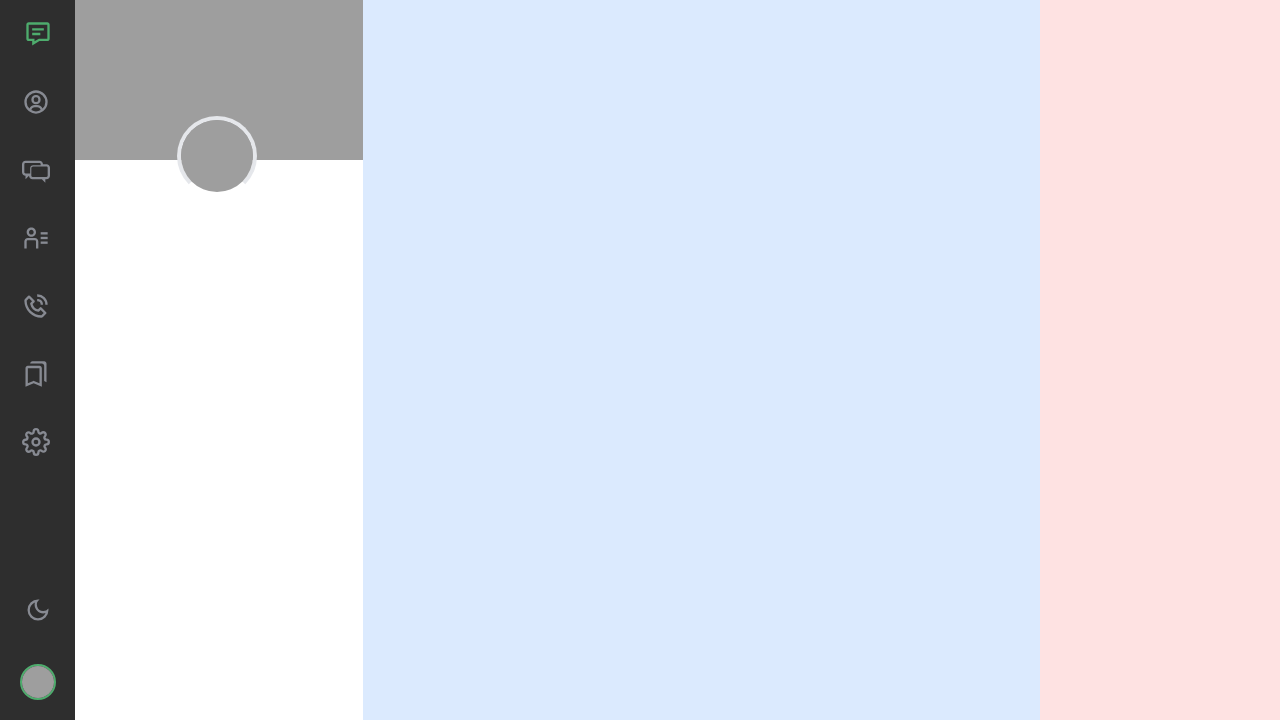
Repository: satya-ranjon/Chat-app
Page: /
The author's editor kept a copy of each file at every save. The page is drawn from the files as they stood at one save, then again after the next save.
The browser window is 1280 px wide. The pictures show the whole page.
Pictures or frames that could not be fetched are drawn as grey boxes. The project was rebuilt for these pictures with package versions that can differ from the ones it lists, and the page was loaded fresh each time.

Above is the page before, as saved 2022-03-31 03:33:16.

### src/index.js
import * as ReactDOMClient from "react-dom/client";
import "./index.css";
import App from "./App";

const root = ReactDOMClient.createRoot(document.getElementById("root"));
root.render(<App />);

### src/App.jsx
import React from "react";
// import Chats from "./components/Chats/Chats";
import MyProfile from "./components/MyProfile/MyProfile";
import SideBarManu from "./components/SideBarManu";
import UserChat from "./components/UserChat";
import UserProfileSidebar from "./components/UserProfileSidebar";

export default function App() {
  return (
    <div className="flex">
      <SideBarManu />
      {/* <Chats /> */}
      <MyProfile />
      <UserChat />
      <UserProfileSidebar />
    </div>
  );
}

### src/components/MyProfile/MyProfile.jsx
import React from "react";
import UserImage from "../UserImage";
const Image =
  "https://img.freepik.com/free-photo/interior-wall-mockup-green-wall-wooden-cabinet-3d-rendering_41470-3959.jpg?w=996";

export default function MyProfile() {
  return (
    <div className="sm:w-72 h-screen w-40 ">
      <div className="relative">
        <img src={Image} alt={Image} className="w-full h-40" />
        <UserImage className="w-16 h-16 sm:w-20 sm:h-20 rounded-full absolute sm:-bottom-9  -bottom-7 sm:right-[6.6rem]  right-12  border-4 border-b-white" />
      </div>
    </div>
  );
}

### src/components/SideBarManu.jsx
import React, { useState } from "react";
import { BiMessageDetail, BiUserCircle, BiPhoneCall } from "react-icons/bi";
import { TiMessages } from "react-icons/ti";
import { CgUserList } from "react-icons/cg";

import {
  MdOutlineBookmarks,
  MdOutlineDarkMode,
  MdOutlineLightMode,
} from "react-icons/md";
import { FiSettings } from "react-icons/fi";
import UserImage from "./UserImage";

export default function SideBarManu() {
  const [toggle, setToggle] = useState(true);
  return (
    <div className="w-[75px] h-screen bg-[#2e2e2e] flex flex-col justify-between">
      <div className="flex flex-col">
        <BiMessageDetail
          color="#4eac6d"
          className="text-center  m-5 cursor-pointer mx-auto "
          size={28}
        />
        <div
          className={` ${
            toggle ? `border-[#2e2e2e]` : `border-[#4eac6d]`
          } border-r-4 transition-all duration-200  `}
          onClick={() => setToggle((prev) => !prev)}
        >
          <BiUserCircle
            color={toggle ? `#878a92` : `#4eac6d`}
            className="text-center  m-5 cursor-pointer mx-auto   "
            size={28}
          />
        </div>
        <div className="border-r-4 border-[#2e2e2e] transition-all duration-200 ">
          <TiMessages
            color="#878a92"
            className="text-center  m-5 cursor-pointer mx-auto"
            size={28}
          />
        </div>
        <div className="border-r-4 border-[#2e2e2e] transition-all duration-200 ">
          <CgUserList
            color="#878a92"
            className="text-center  m-5 cursor-pointer mx-auto"
            size={28}
          />
        </div>
        <div className="border-r-4 border-[#2e2e2e] transition-all duration-200 ">
          <BiPhoneCall
            color="#878a92"
            className="text-center  m-5 cursor-pointer mx-auto"
            size={28}
          />
        </div>
        <div className="border-r-4 border-[#2e2e2e] transition-all duration-200 ">
          <MdOutlineBookmarks
            color="#878a92"
            className="text-center  m-5 cursor-pointer mx-auto"
            size={28}
          />
        </div>
        <div className="border-r-4 border-[#2e2e2e] transition-all duration-200 ">
          <FiSettings
            color="#878a92"
            className="text-center  m-5 cursor-pointer mx-auto"
            size={28}
          />
        </div>
      </div>
      <div className="flex flex-col">
        <MdOutlineDarkMode
          color="#878a92"
          className="text-center  m-5 cursor-pointer mx-auto"
          size={28}
        />
        {/* <MdOutlineLightMode
          color="#878a92"
          className="text-center  m-5 cursor-pointer mx-auto"
          size={28}
        /> */}
        <UserImage className="w-9 h-9 rounded-full mx-auto  m-5 border-2 border-[#4eac6d]" />
      </div>
    </div>
  );
}

### src/components/UserChat.jsx
import React from "react";

export default function UserChat() {
  return <div className="flex-grow h-screen bg-blue-100"></div>;
}

### src/components/UserProfileSidebar.jsx
import React from "react";

export default function UserProfileSidebar() {
  return <div className="w-60 h-screen bg-red-100"></div>;
}

### src/components/UserImage.jsx
import React from "react";

export default function UserImage({ className }) {
  return (
    <img
      className={className}
      src="https://media.istockphoto.com/photos/smiling-man-outdoors-in-the-city-picture-id1179420343"
      alt="profile pic"
    />
  );
}

Loaded but not shown: public/index.html (common file); src/index.css (common file); tailwind.config.js (common file)

After the next save:
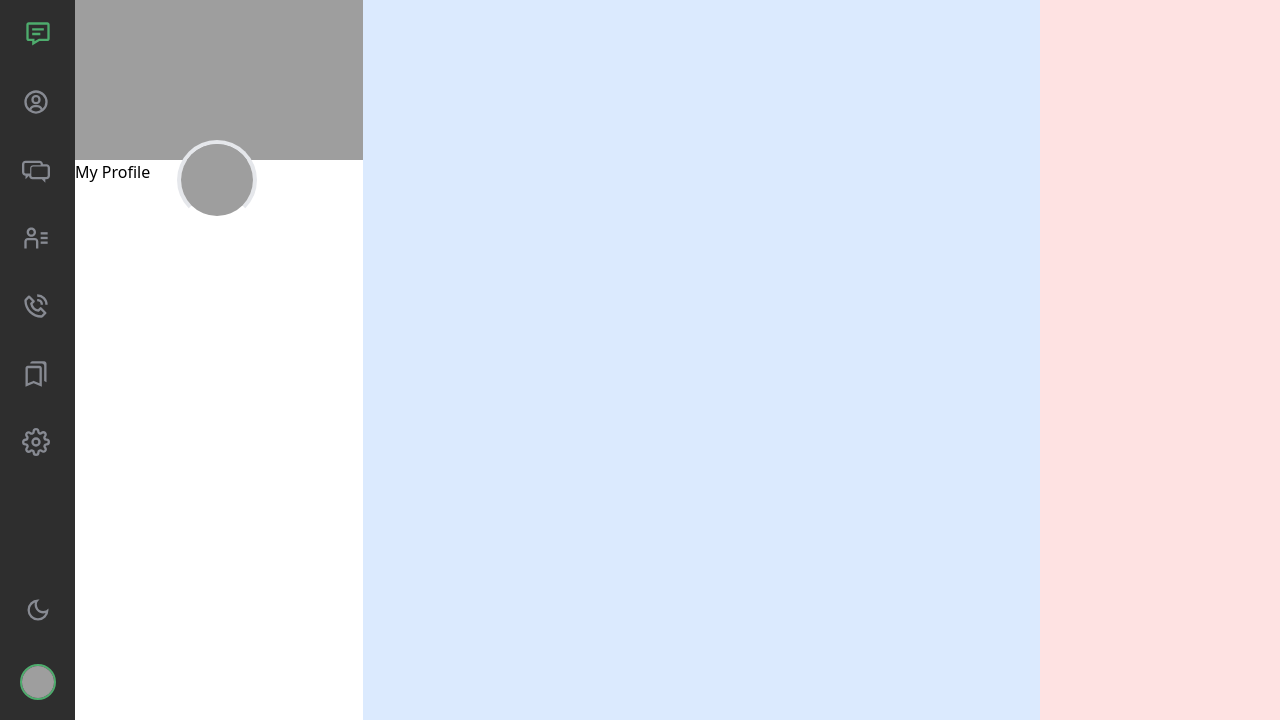
Saved 108 s later.
--- a/src/components/MyProfile/MyProfile.jsx
+++ b/src/components/MyProfile/MyProfile.jsx
@@ -9,6 +9,7 @@ export default function MyProfile() {
       <div className="relative">
         <img src={Image} alt={Image} className="w-full h-40" />
         <UserImage className="w-16 h-16 sm:w-20 sm:h-20 rounded-full absolute sm:-bottom-9  -bottom-7 sm:right-[6.6rem]  right-12  border-4 border-b-white" />
+        <p>My Profile</p>
       </div>
     </div>
   );
